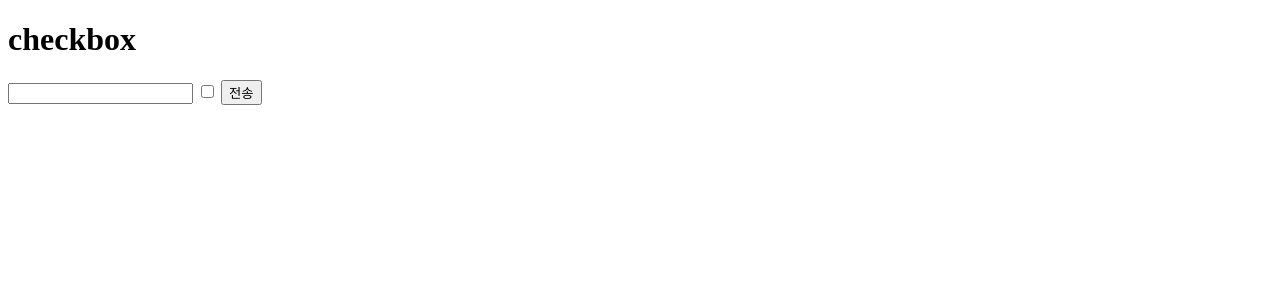
Repository: JJinBBangg/JSP
Page: http://localhost/jsp/ch03/lecture/06form/06checkbox.jsp
The author's editor kept a copy of each file at every save. The page is drawn from the files as they stood at one save, then again after the next save.
The browser window is 1280 px wide. The pictures show the whole page.
The page is served by Tomcat 9.

Above is the page before, as saved 2023-03-28 06:18:12.

After the next save:
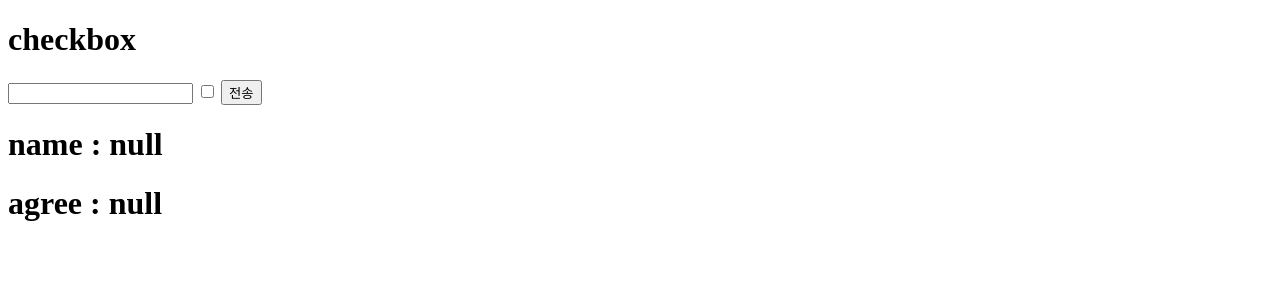
Saved 65 s later.
--- a/jsp/src/main/webapp/ch03/lecture/06form/06checkbox.jsp
+++ b/jsp/src/main/webapp/ch03/lecture/06form/06checkbox.jsp
@@ -12,8 +12,8 @@
 	<input type="text" name="name" / >
 	<input type="checkbox" name="agree" / >
 	<input type="submit" value="전송" / >
-
-
 	</form>
+	<h1>name : <%=request.getParameter("name") %></h1>
+	<h1>agree : <%=request.getParameter("agree") %></h1>
 </body>
 </html>
